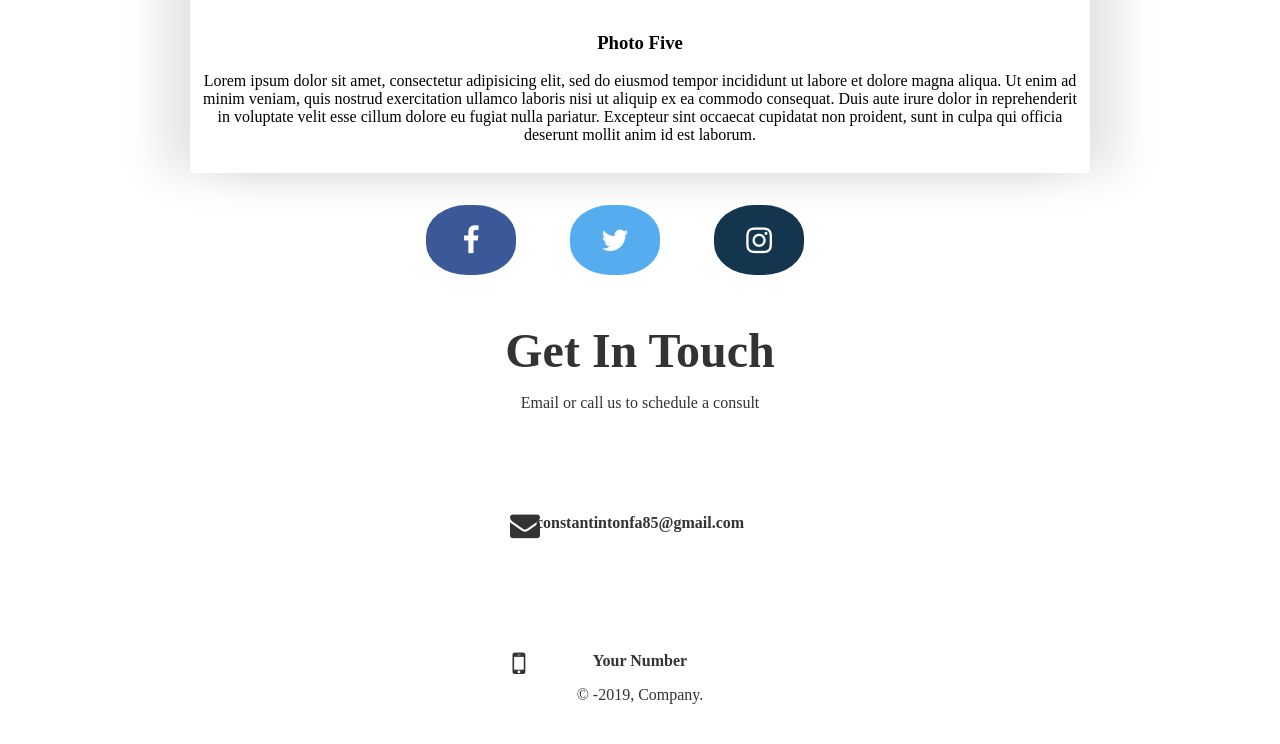
Repository: konstantin0s/mobile-photography
Page: index.html
These files come from the project's save history. The page is drawn as it stood at one moment and after the next save; the edit follows.
The browser window is 1280 px wide. The pictures show the part of the page from y = 4062 to 4806 px (the page is 4806 px tall).

Above is the page before, as saved 2019-05-16 20:21:07.

### index.html
<!DOCTYPE html>
<html lang="en" dir="ltr">
  <head>
    <meta charset="utf-8">
    <meta name="viewport" content="width=device-width, initial-scale=1.0">
    <meta http-equiv="X-UA-Compatible" content="ie=edge">
    <link rel="stylesheet" href="https://cdnjs.cloudflare.com/ajax/libs/font-awesome/4.7.0/css/font-awesome.min.css">
    <link rel="stylesheet" href="css/style.css">

    <title>Mobile Photography</title>
  </head>
  <body>
<main>
  <div id="landing" class="">
    <div id="landing-text" class="">
      <div id="landing-text-inner" class="">
       <img id="logo" src="img/logos.png" />
       <h1>Photography</h1>
        <a href="#images" class="btn" id="view-work">
          View Work
        </a>
      </div>
    </div>
    <div id="landing-image" class="">

    </div>
  </div>

  <div id="images" class="">
<div id="header">
  <h2>Our Work</h2>
</div>
<img src="https://source.unsplash.com/1600x900/?nature,water" alt="">
<div class="caption">
  <h3>Photo One</h3>
  <p>
    Lorem ipsum dolor sit amet, consectetur adipisicing elit, sed do eiusmod tempor incididunt ut labore et dolore magna aliqua. Ut enim ad minim veniam, quis nostrud exercitation ullamco laboris nisi ut aliquip ex ea commodo consequat. Duis aute irure dolor in reprehenderit in voluptate velit esse cillum dolore eu fugiat nulla pariatur. Excepteur sint occaecat cupidatat non proident, sunt in culpa qui officia deserunt mollit anim id est laborum.

  </p>
</div>

<img src="https://source.unsplash.com/1600x900/?nature,clouds" alt="">
<div class="caption">
  <h3>Photo Two</h3>
  <p>
    Lorem ipsum dolor sit amet, consectetur adipisicing elit, sed do eiusmod tempor incididunt ut labore et dolore magna aliqua. Ut enim ad minim veniam, quis nostrud exercitation ullamco laboris nisi ut aliquip ex ea commodo consequat. Duis aute irure dolor in reprehenderit in voluptate velit esse cillum dolore eu fugiat nulla pariatur. Excepteur sint occaecat cupidatat non proident, sunt in culpa qui officia deserunt mollit anim id est laborum.

  </p>
</div>

<img src="https://source.unsplash.com/1600x900/?nature,animals" alt="">
<div class="caption">
  <h3>Photo Three</h3>
  <p>
    Lorem ipsum dolor sit amet, consectetur adipisicing elit, sed do eiusmod tempor incididunt ut labore et dolore magna aliqua. Ut enim ad minim veniam, quis nostrud exercitation ullamco laboris nisi ut aliquip ex ea commodo consequat. Duis aute irure dolor in reprehenderit in voluptate velit esse cillum dolore eu fugiat nulla pariatur. Excepteur sint occaecat cupidatat non proident, sunt in culpa qui officia deserunt mollit anim id est laborum.

  </p>
</div>

<img src="https://source.unsplash.com/1600x900/?nature,trees" alt="">
<div class="caption">
  <h3>Photo Four/h3>
  <p>
    Lorem ipsum dolor sit amet, consectetur adipisicing elit, sed do eiusmod tempor incididunt ut labore et dolore magna aliqua. Ut enim ad minim veniam, quis nostrud exercitation ullamco laboris nisi ut aliquip ex ea commodo consequat. Duis aute irure dolor in reprehenderit in voluptate velit esse cillum dolore eu fugiat nulla pariatur. Excepteur sint occaecat cupidatat non proident, sunt in culpa qui officia deserunt mollit anim id est laborum.

  </p>
</div>

<img src="https://source.unsplash.com/1600x900/?nature,flowers" alt="">
<div class="caption">
  <h3>Photo Five</h3>
  <p>
    Lorem ipsum dolor sit amet, consectetur adipisicing elit, sed do eiusmod tempor incididunt ut labore et dolore magna aliqua. Ut enim ad minim veniam, quis nostrud exercitation ullamco laboris nisi ut aliquip ex ea commodo consequat. Duis aute irure dolor in reprehenderit in voluptate velit esse cillum dolore eu fugiat nulla pariatur. Excepteur sint occaecat cupidatat non proident, sunt in culpa qui officia deserunt mollit anim id est laborum.

  </p>
</div>

  </div>

</main>

<footer>
   <div class="socialIcon">
      <a href="#" class="fa fa-facebook"></a>
    <a href="#" class="fa fa-twitter"></a>
    <a href="#" class="fa fa-instagram"></a>
   </div>

  <h3>Get In Touch</h3>
  <p>Email or call us to schedule a consult</p>
 <div class="container">
    <i class="fa fa-envelope fa-5x" aria-hidden="true"></i
      ><p><strong>constantintonfa85@gmail.com</strong>
    </p> <br />
    <i class="fa fa-mobile fa-5x" aria-hidden="true"></i>
     <p> <strong>Your Number</strong></p>
 </div>
 &copy; <script>new Date().getFullYear()>2010&&document.write("-"+new Date().getFullYear());</script>, Company.
</footer>
<script
src="https://code.jquery.com/jquery-3.3.1.min.js"
integrity="sha256-FgpCb/KJQlLNfOu91ta32o/NMZxltwRo8QtmkMRdAu8="
crossorigin="anonymous"></script>
<script type="text/javascript" src="js/main.js">

</script>
  </body>
</html>

### css/style.css
import url('https://fonts.googleapis.com/css?family=Open+Sans');

body {
  font-family: 'Open Sans', sans-serif;
  margin: 0;
  background-color: #eee;
  height: auto;
}

h1{
  font-weight: 400;
  font-size: 2.5rem;
  text-transform: uppercase;
  margin: 0;
  border-bottom: 1px solid black;
  top: -90px;
  position: relative;
}

h2 {
  font-weight: 400;
  font-size: 1.2rem;
  text-transform: capitalize;
  margin: 0;
}

img {
  display: block;
  width: 100%;
}

#logo {
  top: -80px;
  position: relative;
}

main {
  max-width: 900px;
  margin: auto;
  box-shadow: 30px 0px 40px rgba(0,0,0,0.1), -30px 0px 40px rgba(0,0,0,0.1);
}

#landing {
  background: #fff;
  }

#landing-text {
display: flex;
flex: 0 1 40vw;
height: 50vh;
justify-content: center;
align-items: center;
text-align: center;
padding-right: 1rem;
padding-left: 1rem;
}

#landing-text h2 {
  color: #888;
}
.btn {
  padding: 0.5rem 2rem;
  border: 1px #ccc solid;
  display: inline-block;
  margin: 2rem 0 0;
  border-radius: 50px;
  text-decoration: none;
  color: #333;
  transition: background 500ms ease;
}

#landing-image {
  background: url(https://source.unsplash.com/De8wMYoSSBc);
  background-position: center;
  background-size: cover;
  background-repeat: no-repeat;
  height: 50vh;
  flex: 0 1 60vw;
  margin: 0;
}

.btn:hover {
  background: #f4f4f4;
}

#header {
  padding: 1.5rem;
  text-align: center;
  background: #333;
  color: #fff;
}

#header h2 {
  border-left: dotted 1px #fff;
  border-right: dotted 1px #fff;
display: inline-block;
padding-right: 1rem;
padding-left: 1rem;
}

.caption {
  padding: 0.8rem;
  text-align: center;
}

footer {
  text-align: center;
  padding: 2rem 1rem;
  margin: auto;
  color: #333;
}

footer h3 {
  font-size: 3rem;
  margin-bottom: 0;
}

.fa {
  padding: 20px;
  margin-right: 50px;
  font-size: 30px;
  width: 50px;
  text-align: center;
  text-decoration: none;
  border-radius: 45%;
}

/* Add a hover effect if you want */
.fa:hover {
  opacity: 0.7;
}

/* Set a specific color for each brand */

/* Facebook */
.fa-facebook {
  background: #3B5998;
  color: white;
}

/* Twitter */
.fa-twitter {
  background: #55ACEE;
  color: white;
}

/* Instagram */
.fa-instagram {
  background: rgb(19, 53, 78);
  color: white;
}

/* Email & Phone*/

.fa-envelope {
  position: relative;
  left:-90px;
 top: 62px;
}

.fa-mobile {
  position: relative;
  left:-96px;
 top: 62px;
}

.container {
  display: flex;
 flex-direction: column;
 justify-content: space-evenly;
 align-items: center;
}

/* Screen size 500px and up*/
@media(min-width: 500px) {
  #landing {
    display: flex;
    height: 100%;
  }
  #landing-text {
    height: 100vh;
  }
  #landing-image {
    height: 100vh;
  }
}

/* Screen size 700px and up*/
@media(min-width: 700px) {
  .btn {
    padding: 1rem 3rem;
  }
}

/* Screen size 500px and up*/
@media(max-width: 500px) {
  .btn {
    padding: 1rem 3rem;
  }


  #logo {
    display: flex;
    width: 200px;
    height: 150px;
    flex-direction: column;
    top: -30px;
    position: relative;
  }

  h1 {

    flex-direction: column;
    top: -20px;
  font-size: 28px;
  border-bottom: 1px solid black;
  }

  .fa {
    padding: 15px;
    margin-right: 80px;
    font-size: 50px;
    width: 35px;
    text-align: center;
    text-decoration: none;
    border-radius: 35%;
  }
  .socialIcon {
    display: flex;
    justify-content: space-around;
    flex-direction: row;
    width: 100%;

    position: relative;
    top: 20px;
    left: 40px;
  }


}

### js/main.js
//animate smooth scroll
$('#view-work').on('click', function() {
  const images = $('#images').position().top;

  $('html, body').animate({
    scrollTop: images
  }, 900)
});

After the next save:
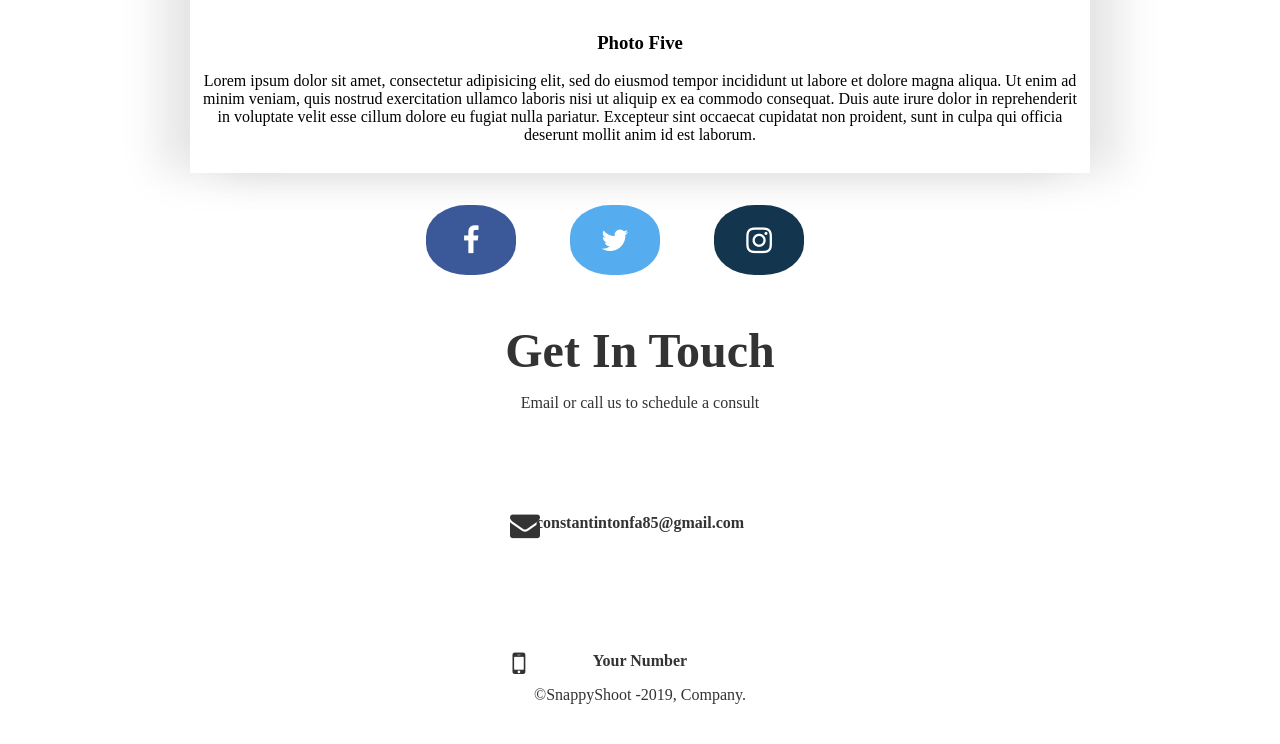
Saved 46 s later.
--- a/index.html
+++ b/index.html
@@ -95,7 +95,7 @@
     <i class="fa fa-mobile fa-5x" aria-hidden="true"></i>
      <p> <strong>Your Number</strong></p>
  </div>
- &copy; <script>new Date().getFullYear()>2010&&document.write("-"+new Date().getFullYear());</script>, Company.
+ &copy;SnappyShoot <script>new Date().getFullYear()>2010&&document.write("-"+new Date().getFullYear());</script>, Company.
 </footer>
 <script
 src="https://code.jquery.com/jquery-3.3.1.min.js"
